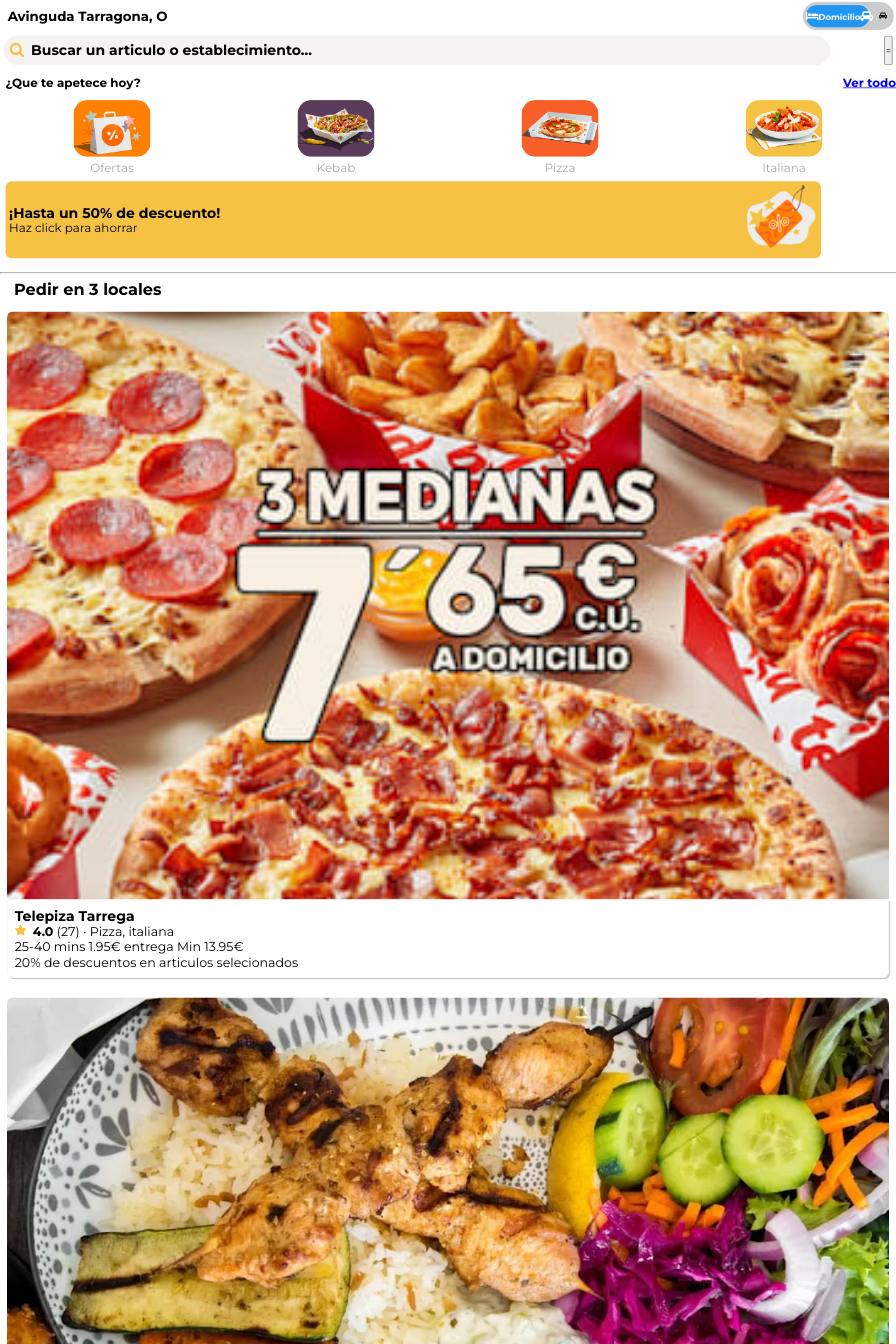
Repository: Srpinedaa/justEat
Page: index.html
The author's editor kept a copy of each file at every save. The page is drawn from the files as they stood at one save, then again after the next save.
The browser window is 1280 px wide. The pictures show the part of the page from y = 0 to 1920 px (the page is 2775 px tall before and 2787 px after), at 70% of full size.

Above is the page before, as saved 2024-10-16 22:07:23.

After the next save:
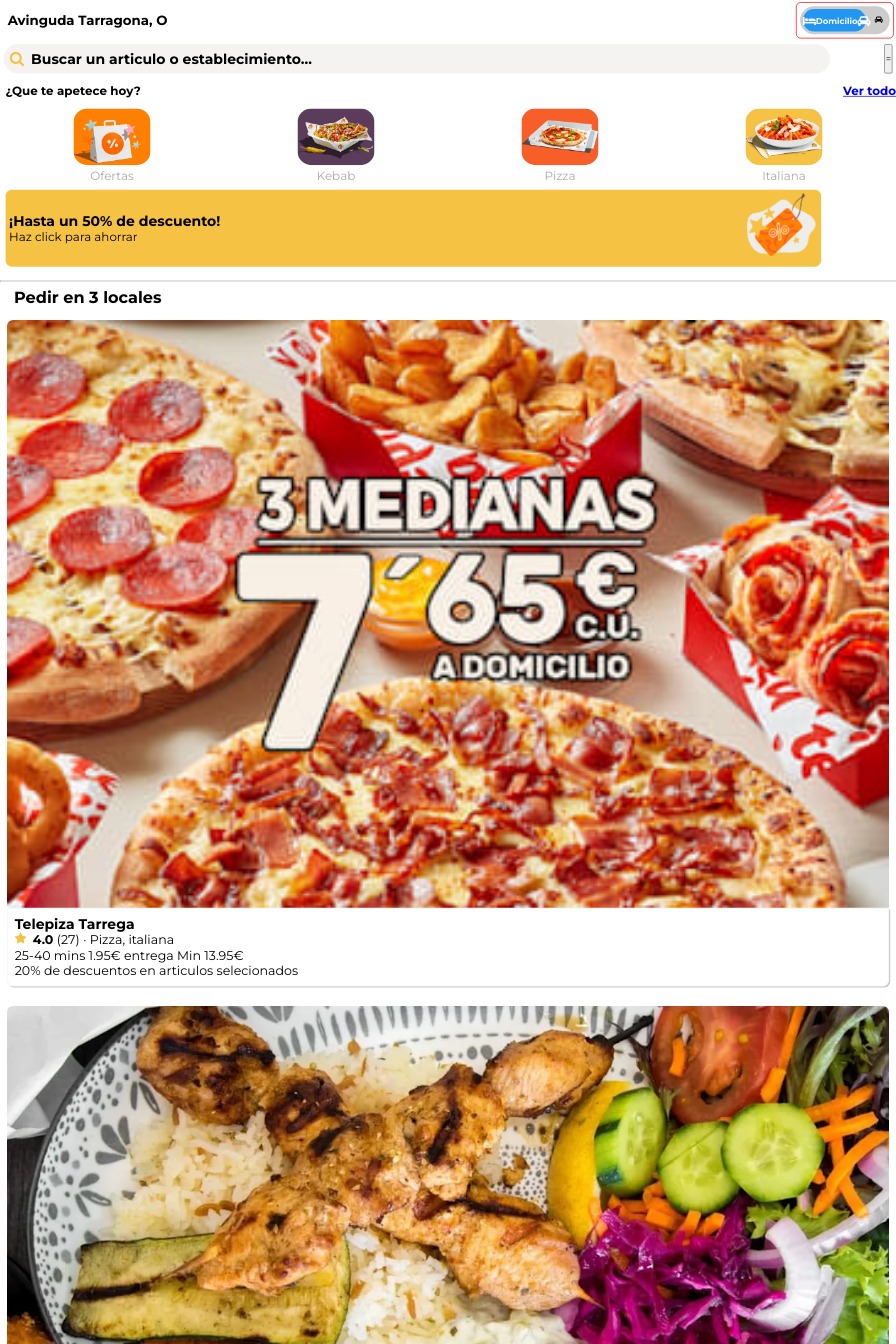
Saved 67 s later.
--- a/index.html
+++ b/index.html
@@ -15,19 +15,21 @@
         <header>
             <div id="navDireccion">
                 <h2 class="direccion">Avinguda Tarragona, O</h2>
-                <label class="switch">
-                    <input id="checkboxinp" type="checkbox">
-                    <div class="slider round">
-                        <i id = "domicilioOculto" class="fa fa-hotel"></i>
-                        <i id ="recogidaOculta" class="fa fa-automobile"></i>
-                        <div class="contenido">
-                            <i class="fa fa-hotel hotel"></i>
-                            <p id="domicilio">Domicilio</p>
-                            <i class="fa fa-automobile auto"></i>
-                            <p id="recogida">Recogida</p>
+                <div class="formaPedido">
+                    <label class="switch">
+                        <input id="checkboxinp" type="checkbox">
+                        <div class="slider round">
+                            <i id = "domicilioOculto" class="fa fa-hotel"></i>
+                            <i id ="recogidaOculta" class="fa fa-automobile"></i>
+                            <div class="contenido">
+                                <i class="fa fa-hotel hotel"></i>
+                                <p id="domicilio">Domicilio</p>
+                                <i class="fa fa-automobile auto"></i>
+                                <p id="recogida">Recogida</p>
+                            </div>
                         </div>
-                    </div>
-                </label>
+                    </label>
+                </div>
             </div>
 
             <div id="navBuscador">
